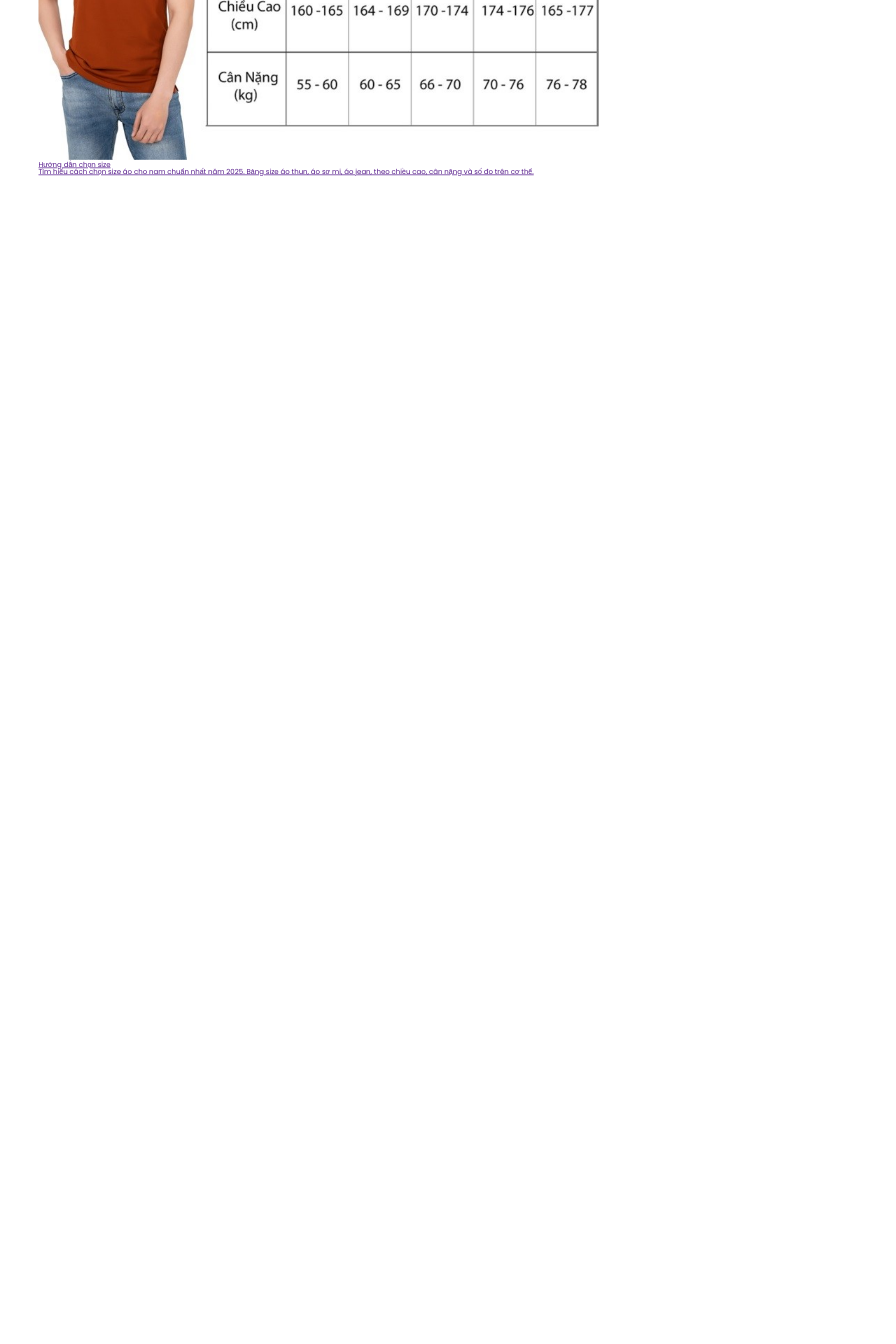
Repository: hoang28092000/kinsmanClothes
Page: index.html
The author's editor kept a copy of each file at every save. The page is drawn from the files as they stood at one save, then again after a run of saves.
The browser window is 1280 px wide. The pictures show the part of the page from y = 2936 to 4856 px (the page is 5080 px tall), at 70% of full size.

Above is the page before, as saved 2025-05-07 01:35:53.

After the next 2 saves:
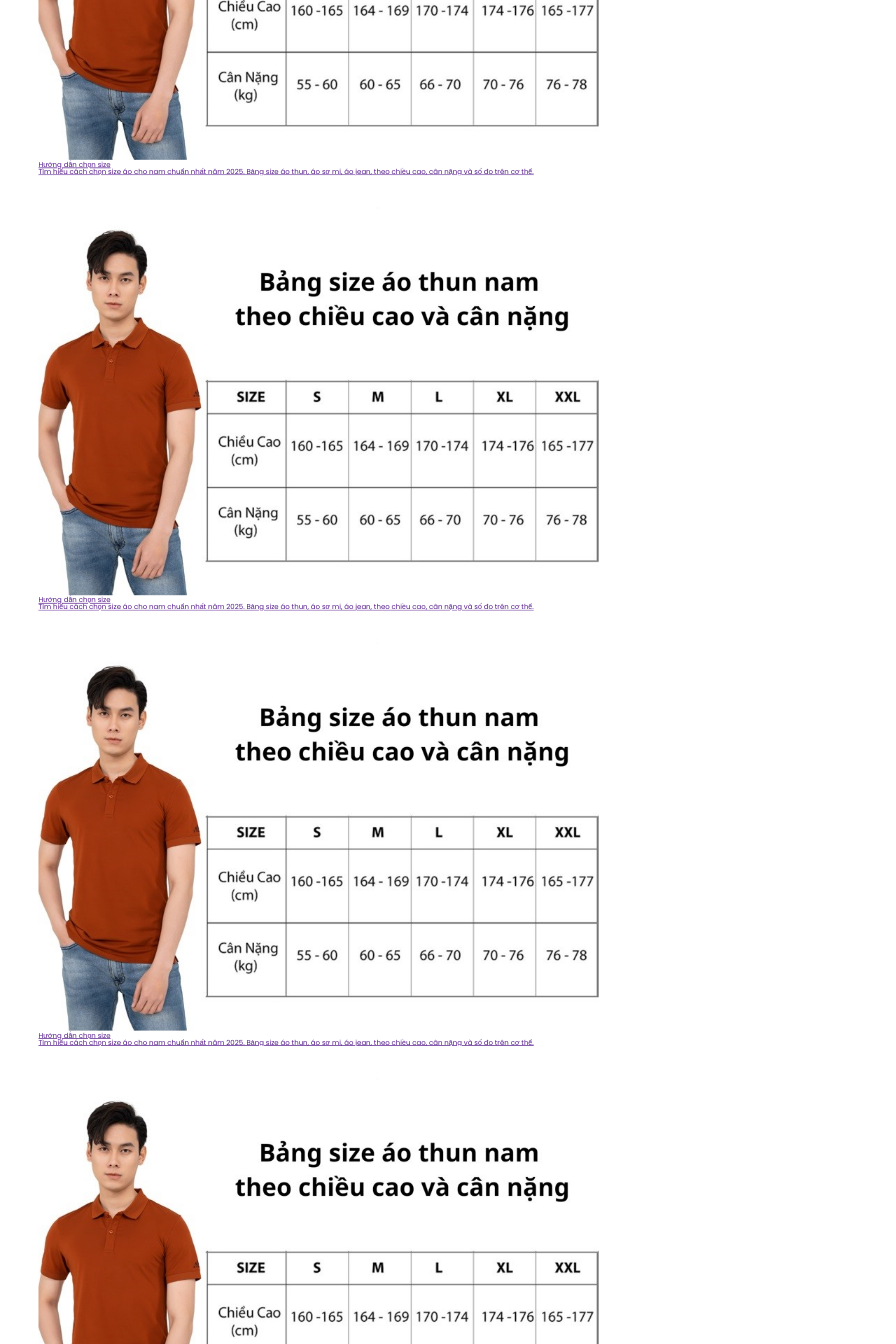
The 2 saves are shown as one change because they came seconds apart.
The last was saved 6 s later.
--- a/index.html
+++ b/index.html
@@ -173,6 +173,45 @@
                         </div>
                     </div>
                 </a>
+                <a href="">
+                    <div class="item-mews">
+                        <img src="./asset/image/new-1.jpg " alt="this is picture news 1">
+                        <div class="info-news">
+                            <h3>
+                                Hướng dẫn chọn size
+                            </h3>
+                            <p>
+                                Tìm hiểu cách chọn size áo cho nam chuẩn nhất năm 2025. Bảng size áo thun, áo sơ mi, áo jean, theo chiều cao, cân nặng và số đo trên cơ thể.
+                            </p>
+                        </div>
+                    </div>
+                </a>
+                <a href="">
+                    <div class="item-mews">
+                        <img src="./asset/image/new-1.jpg " alt="this is picture news 1">
+                        <div class="info-news">
+                            <h3>
+                                Hướng dẫn chọn size
+                            </h3>
+                            <p>
+                                Tìm hiểu cách chọn size áo cho nam chuẩn nhất năm 2025. Bảng size áo thun, áo sơ mi, áo jean, theo chiều cao, cân nặng và số đo trên cơ thể.
+                            </p>
+                        </div>
+                    </div>
+                </a>
+                <a href="">
+                    <div class="item-mews">
+                        <img src="./asset/image/new-1.jpg " alt="this is picture news 1">
+                        <div class="info-news">
+                            <h3>
+                                Hướng dẫn chọn size
+                            </h3>
+                            <p>
+                                Tìm hiểu cách chọn size áo cho nam chuẩn nhất năm 2025. Bảng size áo thun, áo sơ mi, áo jean, theo chiều cao, cân nặng và số đo trên cơ thể.
+                            </p>
+                        </div>
+                    </div>
+                </a>
             </div>
         </section>
       </div>
